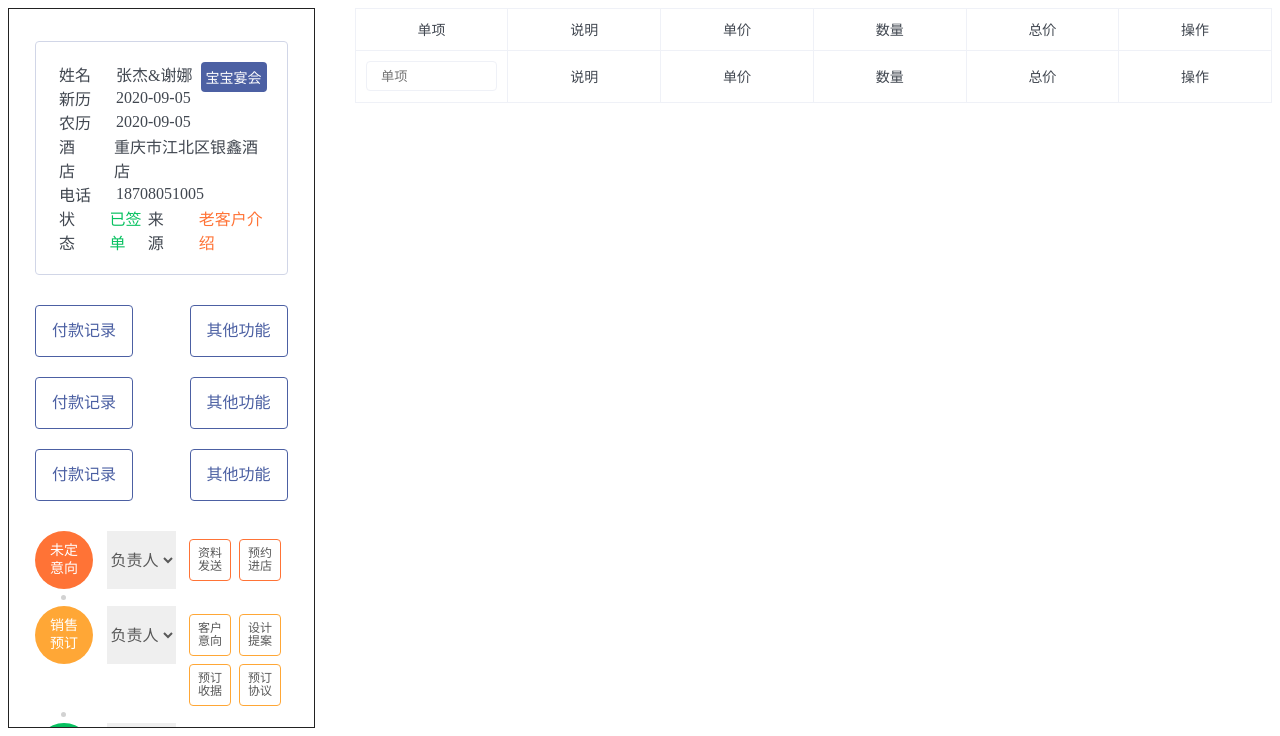
Repository: Lairuola/wedding-1
Page: index.html
The author's editor kept a copy of each file at every save. The page is drawn from the files as they stood at one save, then again after the next save.
The browser window is 1280 px wide. The pictures show the whole page.

Above is the page before, as saved 2020-12-24 15:51:50.

### index.html
<!--
 * @Author       : 濑若拉
 * @Date         : 2020-12-17 10:22:14
 * @LastEditors  : 濑若拉
 * @LastEditTime : 2020-12-24 15:51:50
 * @FilePath     : /slidebar/index.html
-->


<!DOCTYPE html>
<html lang="en">

<head>
  <meta charset="UTF-8">
  <meta name="viewport" content="width=device-width, initial-scale=1.0">
  <title>Document</title>
  <style>
    .slide-left {
      width: 402px;
      height: 100vh;
      box-sizing: border-box;
      padding: 32px 26px;
      overflow-y: auto;
      display: flex;
      flex-direction: column;
      align-items: center;
      border: 1px solid #222;
    }

    .info {
      width: 100%;
      height: 328px;
      display: flex;
      flex-direction: column;
      justify-content: space-between;
      padding: 20px 23px;
      position: relative;
      box-sizing: border-box;
      border-radius: 4px;
      border: solid 1px #d1d6e7;
    }

    .info .row {
      width: 100%;
      display: flex;
      font-size: 16px;
      color: #414750;
      flex-direction: row;
      align-items: center;
    }

    .info .row .label,
    .info .end-row .item .label {
      margin-right: 25px;
    }

    .info .end-row {
      width: 100%;
      display: flex;
      flex-direction: row;
      align-items: center;
      justify-content: space-between;
      font-size: 16px;
      color: #414750;
    }

    .info .end-row .item {
      display: flex;
      flex-direction: row;
      align-items: center;
      font-size: 16px;
      color: #414750;
    }

    .info .info-tag {
      padding: 5px;
      background-color: #4c60a3;
      border-radius: 4px;
      font-size: 14px;
      color: #fff;
      position: absolute;
      top: 20px;
      right: 20px;
    }

    .btn-area {
      width: 100%;
      display: flex;
      flex-direction: row;
      align-items: center;
      justify-content: space-between;
      flex-wrap: wrap;
      margin-top: 10px;
      margin-bottom: 30px;
    }

    .btn-area .btn {
      width: 96px;
      height: 50px;
      background-color: #ffffff;
      border-radius: 4px;
      border: solid 1px #4c60a3;
      font-size: 16px;
      color: #4c60a3;
      text-align: center;
      line-height: 50px;
      margin-top: 20px;
    }

    .bot-area {
      width: 100%;
      display: flex;
      flex-direction: column;
    }

    .bot-area .item {
      width: 100%;
      display: flex;
      flex-direction: row;
      position: relative;
      padding-bottom: 17px;
    }

    .bot-area .item .circle {
      width: 58px;
      height: 58px;
      color: #fff;
      border-radius: 100%;
      display: flex;
      align-items: center;
      justify-content: center;
    }

    .bot-area .item .circle .text {
      width: 28px;
      height: 36px;
      font-size: 14px;
      line-height: 18px;
    }

    .bot-area .item .select-wrap {
      width: 96px;
      text-align: center;
    }

    .bot-area .item .select-wrap .bot-select {
      border: none;
      outline: none;
      color: #595959;
      font-size: 16px;
      height: 58px;
    }

    .bot-area .item .btn-row {
      flex: 1;
      display: flex;
      flex-direction: row;
      flex-wrap: wrap;
      margin-right: -8px;
    }

    .bot-area .item .btn-row .btn {
      width: 40px;
      height: 40px;
      border-radius: 4px;
      margin-right: 8px;
      border: 1px solid;
      display: flex;
      align-items: center;
      justify-content: center;
      margin-top: 8px;
      color: #595959;
    }

    .bot-area .item .btn-row .btn .word {
      width: 24px;
      height: 26px;
      font-size: 12px;
      line-height: 13px;
      letter-spacing: 0px;
    }

    .bot-area .item .dot {
      width: 5px;
      height: 5px;
      background-color: #d2d2d2;
      border-radius: 100%;
      position: absolute;
      bottom: 6px;
      left: 26px;
    }

    .bot-area .item .btn-row .btn.orange {
      border-color: #ff7336;
    }

    .bot-area .item .btn-row .btn.orange:hover {
      background-color: #ff7336;
      color: #fff;
    }

    .bot-area .item .btn-row .btn.yellow {
      border-color: #ffa736;
    }

    .bot-area .item .btn-row .btn.yellow:hover {
      background-color: #ffa736;
      color: #fff;
    }

    .bot-area .item .btn-row .btn.green {
      border-color: #07c160;
    }

    .bot-area .item .btn-row .btn.green:hover {
      background-color: #07c160;
      color: #fff;
    }

    .bot-area .item .btn-row .btn.aqua {
      border-color: #0bc8cb;
    }

    .bot-area .item .btn-row .btn.aqua:hover {
      background-color: #0bc8cb;
      color: #fff;
    }

    .bot-area .item .btn-row .btn.blue {
      border-color: #3d9bfb;
    }

    .bot-area .item .btn-row .btn.blue:hover {
      background-color: #3d9bfb;
      color: #fff;
    }

    .bot-area .item .btn-row .btn.cornflowerblue {
      border-color: #4c60a3;
    }

    .bot-area .item .btn-row .btn.cornflowerblue:hover {
      background-color: #4c60a3;
      color: #fff;
    }

    .color-green {
      color: #07c160
    }

    .color-orange {
      color: #ff7336;
    }

    .bg-color-red {
      background-color: #ff7336;
    }

    .bg-color-yellow {
      background-color: #ffa736;
    }

    .bg-color-green {
      background-color: #07c160;
    }

    .bg-color-aqua {
      background-color: #0bc8cb;
    }

    .bg-color-blue {
      background-color: #3d9bfb;
    }

    .bg-color-cornflowerblue {
      background-color: #4c60a3;
    }
  </style>
  <style>
    .my-table {
      width: 100%;
      height: 80vh;
      display: flex;
      flex-direction: column;
      margin-left: 40px;
      color: #414750;
    }

    .my-table .rows {
      width: 100%;
      display: flex;
      flex-direction: row;
    }

    .my-table .rows .item {
      flex: 1;
      border: 1px solid #222;
      box-sizing: border-box;
      display: flex;
      align-items: center;
      justify-content: center;
      border: 1px solid #eff1f7;
      font-size: 14px;
      padding: .65rem;
    }

    .my-table .rows .item:not(:last-child) {
      border-right: 0
    }

    .my-table .rows:not(:last-child) .item {
      border-bottom: 0;
    }

    .my-table .rows .item .single {
      background-color: #fff;
      border: 1px solid #eff1f7;
      width: 100%;
      height: 28px;
      padding: 0 14px;
      border-radius: 4px;
    }
  </style>
</head>

<body style="display: flex;flex-direction: row;">
  <div class="slide-left">
    <!-- 资料 -->
    <div class="info">
      <div class="row">
        <div class="label">姓名</div>
        <div class="content">张杰&谢娜</div>
      </div>
      <div class="row">
        <div class="label">新历</div>
        <div class="content">2020-09-05</div>
      </div>
      <div class="row">
        <div class="label">农历</div>
        <div class="content">2020-09-05</div>
      </div>
      <div class="row">
        <div class="label">酒店</div>
        <div class="content">重庆市江北区银鑫酒店</div>
      </div>
      <div class="row">
        <div class="label">电话</div>
        <div class="content">18708051005</div>
      </div>
      <div class="end-row">
        <div class="item">
          <div class="label">状态</div>
          <div class="content color-green">已签单</div>
        </div>
        <div class="item">
          <div class="label">来源</div>
          <div class="content color-orange">老客户介绍</div>
        </div>
      </div>
      <!-- tag -->
      <div class="info-tag">宝宝宴会</div>
    </div>
    <!-- btn-area -->
    <div class="btn-area">
      <div class="btn">付款记录</div>
      <div class="btn">其他功能</div>
      <div class="btn">付款记录</div>
      <div class="btn">其他功能</div>
      <div class="btn">付款记录</div>
      <div class="btn">其他功能</div>
    </div>
    <!-- bot-area -->
    <div class="bot-area">
      <div class="item">
        <div class="circle bg-color-red">
          <div class="text">未定意向</div>
        </div>
        <div class="select-wrap">
          <select class='bot-select' name="" id="">
            <option value="">负责人</option>
          </select>
        </div>
        <div class="btn-row">
          <div class="btn orange">
            <div class="word">资料发送</div>
          </div>
          <div class="btn orange">
            <div class="word">预约进店</div>
          </div>
        </div>
        <div class="dot"></div>
      </div>
      <div class="item">
        <div class="circle bg-color-yellow">
          <div class="text">销售预订</div>
        </div>
        <div class="select-wrap">
          <select class='bot-select' name="" id="">
            <option value="">负责人</option>
          </select>
        </div>
        <div class="btn-row">
          <div class="btn yellow">
            <div class="word">客户意向</div>
          </div>
          <div class="btn yellow">
            <div class="word">设计提案</div>
          </div>
          <div class="btn yellow">
            <div class="word">预订收据</div>
          </div>
          <div class="btn yellow">
            <div class="word">预订协议</div>
          </div>
        </div>
        <div class="dot"></div>
      </div>
      <div class="item">
        <div class="circle bg-color-green">
          <div class="text">设计策划</div>
        </div>
        <div class="select-wrap">
          <select class='bot-select' name="" id="">
            <option value="">负责人</option>
          </select>
        </div>
        <div class="btn-row">
          <div class="btn green">
            <div class="word">策划设计</div>
          </div>
          <div class="btn green">
            <div class="word">价格明细</div>
          </div>
          <div class="btn green">
            <div class="word">正式合同</div>
          </div>
          <div class="btn green">
            <div class="word">搭建清单</div>
          </div>
        </div>
        <div class="dot"></div>
      </div>
      <div class="item">
        <div class="circle bg-color-aqua">
          <div class="text">服务统筹</div>
        </div>
        <div class="select-wrap">
          <select class='bot-select' name="" id="">
            <option value="">负责人</option>
          </select>
        </div>
        <div class="btn-row">
          <div class="btn aqua">
            <div class="word">统筹服务</div>
          </div>
        </div>
        <div class="dot"></div>
      </div>
      <div class="item">
        <div class="circle bg-color-blue">
          <div class="text">执行搭建</div>
        </div>
        <div class="select-wrap">
          <select class='bot-select' name="" id="">
            <option value="">负责人</option>
          </select>
        </div>
        <div class="btn-row">
          <div class="btn blue">
            <div class="word">搭建确认</div>
          </div>
          <div class="btn blue">
            <div class="word">执行完成</div>
          </div>
        </div>
        <div class="dot"></div>
      </div>
      <div class="item">
        <div class="circle bg-color-cornflowerblue">
          <div class="text">成本结算</div>
        </div>
        <div class="select-wrap">
          <select class='bot-select' name="" id="">
            <option value="">负责人</option>
          </select>
        </div>
        <div class="btn-row">
          <div class="btn cornflowerblue">
            <div class="word">成本核算</div>
          </div>
        </div>
      </div>
    </div>
  </div>
  <div class="my-table">
    <div class="rows">
      <div class="item">单项</div>
      <div class="item">说明</div>
      <div class="item">单价</div>
      <div class="item">数量</div>
      <div class="item">总价</div>
      <div class="item">操作</div>
    </div>
    <div class="rows">
      <div class="item">
        <input class="single" type="text" placeholder="单项">
      </div>
      <div class="item">说明</div>
      <div class="item">单价</div>
      <div class="item">数量</div>
      <div class="item">总价</div>
      <div class="item">操作</div>
    </div>
  </div>
</body>

</html>

After the next save:
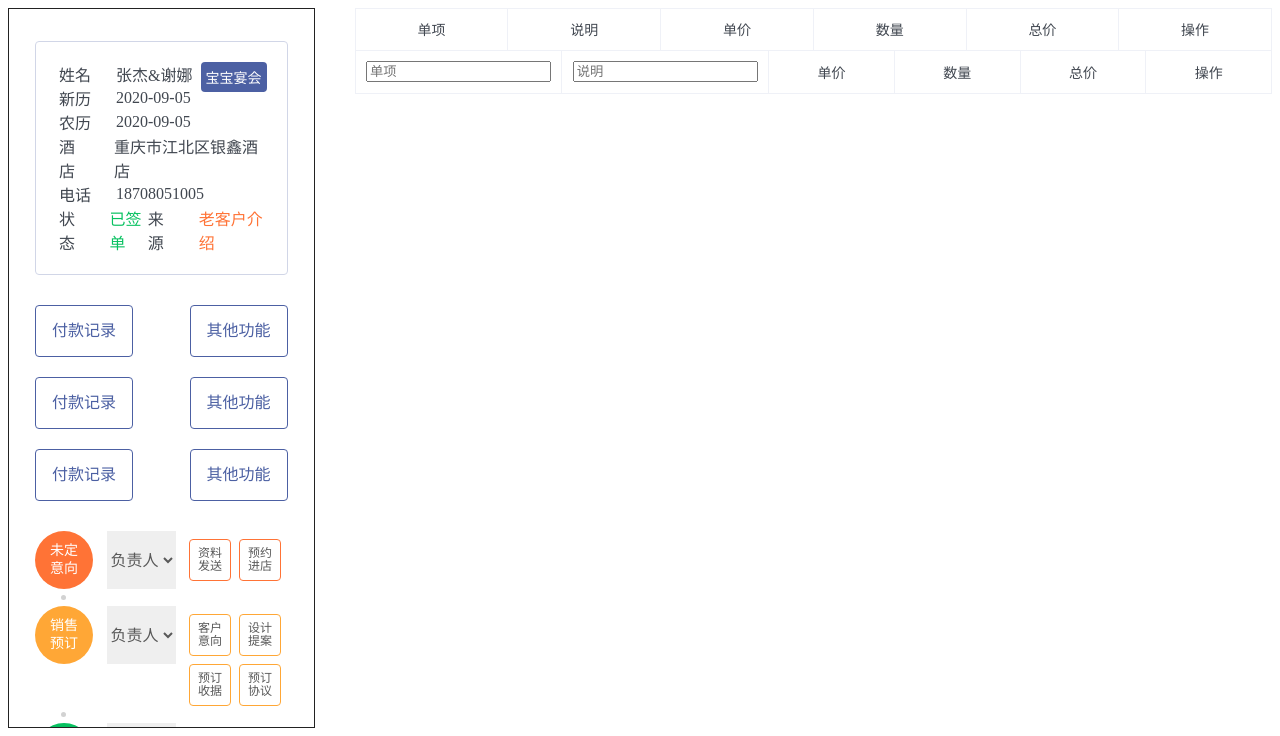
Saved 4 min 42 s later.
--- a/index.html
+++ b/index.html
@@ -2,7 +2,7 @@
  * @Author       : 濑若拉
  * @Date         : 2020-12-17 10:22:14
  * @LastEditors  : 濑若拉
- * @LastEditTime : 2020-12-24 15:51:50
+ * @LastEditTime : 2020-12-24 15:56:32
  * @FilePath     : /slidebar/index.html
 -->
 
@@ -503,9 +503,11 @@
     </div>
     <div class="rows">
       <div class="item">
-        <input class="single" type="text" placeholder="单项">
-      </div>
-      <div class="item">说明</div>
+        <input class="single-input" type="text" placeholder="单项">
+      </div>
+      <div class="item">
+        <input class="info-input" type="text" placeholder="说明">
+      </div>
       <div class="item">单价</div>
       <div class="item">数量</div>
       <div class="item">总价</div>
